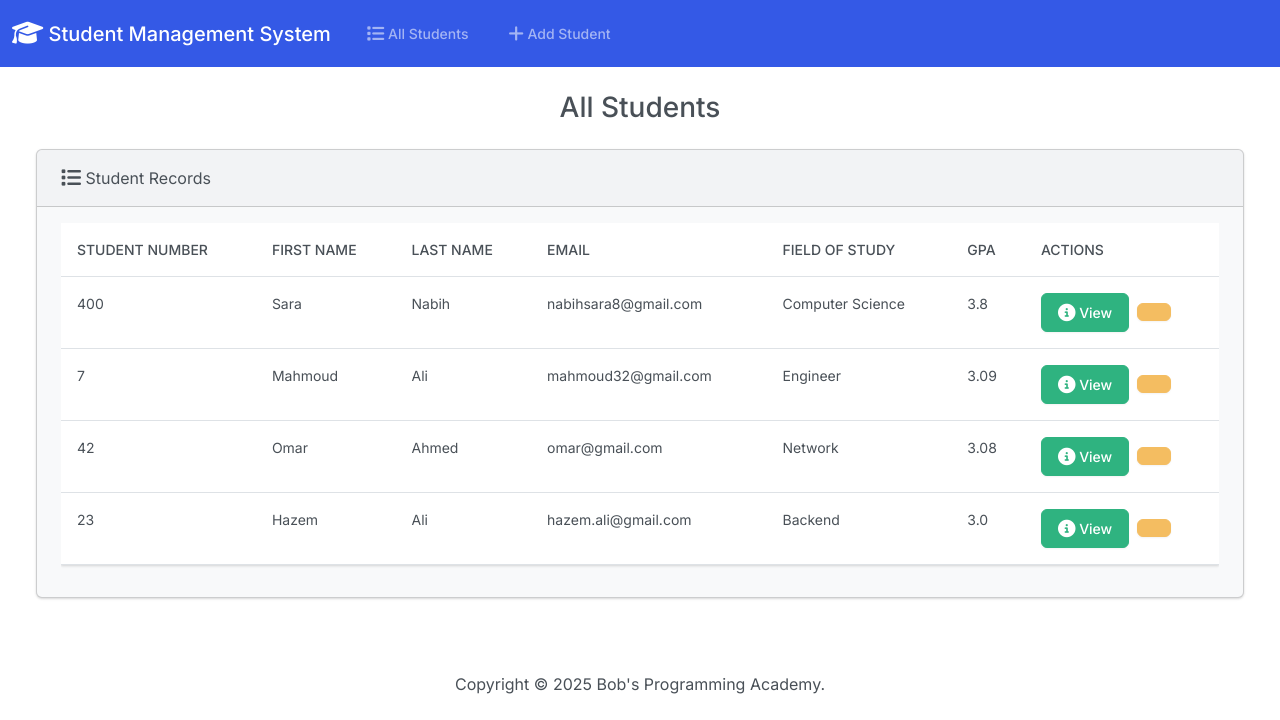
Repository: saraanbih/Student-Management-System
Page: http://localhost/
An editor plug-in stored every save of this project. The page is shown before and after a run of saves, followed by the edit.
The browser window is 1280 px wide. The pictures show the whole page.
Some web libraries are served in a nearby version. The page is served by the project's application, run on Django 5.2 (manage.py). Other server files are loaded and not shown. The page reads the database file committed with the project.

Above is the page before, as saved 2025-09-12 23:26:25.

### students/templates/students/index.html
{% extends "students/base.html" %}

{% block body %}
  <h3 class="m-4 text-center">All Students</h3>
  <div class="row">
    <div class="col-12">
      {% if students %}
        <div class="card bg-light ms-4 me-4 mb-4">
          <div class="card-header">
            <i class="fa-solid fa-list fa-lg"></i> Student Records
          </div>
          <div class="card-body">
            <div class="table-responsive">
              <table class="table table-hover">
                <thead>
                  <tr>
                    <th scope="col">Student Number</th>
                    <th scope="col">First Name</th>
                    <th scope="col">Last Name</th>
                    <th scope="col">Email</th>
                    <th scope="col">Field of Study</th>
                    <th scope="col">GPA</th>
                    <th scope="col">Actions</th>
                  </tr>
                </thead>
                <tbody>
                  {% for student in students %}
                    <tr>
                      <td>{{ student.student_number }}</td>
                      <td>{{ student.first_name }}</td>
                      <td>{{ student.last_name }}</td>
                      <td>{{ student.email }}</td>
                      <td>{{ student.field_of_study }}</td>
                      <td>{{ student.gpa }}</td>
                      <td>
                        <!-- View Button -->
                        <button
                          type="button"
                          class="btn btn-success me-1"
                          data-bs-toggle="modal"
                          data-bs-target="#myModal{{ student.student_id }}">
                          <i class="fa-solid fa-circle-info fa-lg"></i> View
                        </button>

                        <!-- View Modal -->
                        <div class="modal fade" id="myModal{{ student.student_id }}" tabindex="-1" aria-labelledby="myModalLabel{{ student.student_id }}" aria-hidden="true">
                          <div class="modal-dialog" role="document">
                            <div class="modal-content">
                              <div class="modal-header">
                                <h5 class="modal-title" id="myModalLabel{{ student.student_id }}">
                                  Student: {{ student.first_name }} {{ student.last_name }}
                                </h5>
                                <button type="button" class="btn-close" data-bs-dismiss="modal" aria-label="Close"></button>
                              </div>
                              <div class="modal-body">
                                <ul class="list-unstyled">
                                  <li>Student Number: <strong>{{ student.student_number }}</strong></li>
                                  <li>First Name: <strong>{{ student.first_name }}</strong></li>
                                  <li>Last Name: <strong>{{ student.last_name }}</strong></li>
                                  <li>Email: <strong>{{ student.email }}</strong></li>
                                  <li>Field of Study: <strong>{{ student.field_of_study }}</strong></li>
                                  <li>GPA: <strong>{{ student.gpa }}</strong></li>
                                </ul>
                              </div>
                              <div class="modal-footer">
                                <button type="button" class="btn btn-primary" data-bs-dismiss="modal">Close</button>
                              </div>
                            </div>
                          </div>
                        </div>

                        <a class="btn btn-warning"></a>
                      </td>
                    </tr>
                  {% endfor %}
                </tbody>
              </table>
            </div>
          </div>
        </div>
      {% else %}
        <h5 class="card bg-light ms-4 me-4 mb-4 p-3">No Student Records</h5>
      {% endif %}
    </div>
  </div>
{% endblock %}

### students/templates/students/base.html
{% load static %}
<!DOCTYPE html>
<html lang="en">
  <head>
    <title>Student Management System</title>
    <link rel="stylesheet" href="https://cdnjs.cloudflare.com/ajax/libs/font-awesome/6.1.1/css/all.min.css">
    <link href="{% static 'css/bootstrap.min.css' %}" rel="stylesheet">
  </head>
  <body class="d-flex flex-column min-vh-100">
    <nav class="navbar navbar-expand-lg navbar-dark bg-primary">
      <div class="container-fluid">
        <a class="navbar-brand" href="{% url 'index' %}">
          <i class="fa-solid fa-graduation-cap fa-lg"></i> Student Management System
        </a>
        <button class="navbar-toggler" type="button" data-bs-toggle="collapse" data-bs-target="#navbarColor01" aria-controls="navbarColor01" aria-expanded="false" aria-label="Toggle navigation">
          <span class="navbar-toggler-icon"></span>
        </button>
        <div class="collapse navbar-collapse" id="navbarColor01">
          <ul class="navbar-nav me-auto">
            <li class="nav-item">
              <a class="nav-link" href="{% url 'index' %}">
                <i class="fa-solid fa-list fa-lg"></i> All Students
              </a>
            </li>
            <li class="nav-item">
              <a class="nav-link" href="{% url 'add' %}">
                <i class="fa-solid fa-plus fa-lg"></i> Add Student
              </a>
            </li>
          </ul>
        </div>
      </div>
    </nav>
    <div class="container-fluid">
      {% block body %}
      {% endblock %}
    </div>
    <footer class="mt-auto mb-4">
      <div class="text-center">
        <span>
          Copyright &copy; <script>document.write(new Date().getFullYear())</script> Bob's Programming Academy.
        </span>
      </div>
    </footer>
    <script src="https://cdn.jsdelivr.net/npm/bootstrap@5.0.2/dist/js/bootstrap.bundle.min.js"></script>
  </body>
</html>

### students/models.py
from django.db import models

# Create your models here.

class Student(models.Model):
  student_number = models.PositiveBigIntegerField()
  first_name = models.CharField(max_length=50)
  last_name = models.CharField(max_length=50)
  email = models.EmailField(max_length=100)
  field_of_study = models.CharField(max_length=50)
  gpa = models.FloatField()

  def __str__(self):
    return f"{self.first_name} {self.last_name}"

### students/views.py
from django.http import HttpResponseRedirect
from django.shortcuts import render, redirect
from django.urls import reverse
from .models import Student
from .forms import StudentForm

def index(request):
    return render(request, 'students/index.html', {
        'students': Student.objects.all()
    })

def view_student(request, student_id):
    student = Student.objects.get(pk=student_id)
    return HttpResponseRedirect(reverse('index'))

def add(request):
    if request.method == 'POST':
        form = StudentForm(request.POST)
        if form.is_valid():
            form.save()
            return render(request, 'students/add.html', {
                'form': StudentForm(),
                'success': True
            })
    else:
        form = StudentForm()

    return render(request, 'students/add.html', {
        'form': form
    })

def edit(request, student_id):
    if request.method == 'POST':
        student = Student.objects.get(pk=student_id)
        form = StudentForm(request.POST, instance=student)
        if form.is_valid():
            form.save()
            return redirect(request,'students/add.html',{
                'form': form,
                'success': True
            })
    else:
        student = Student.objects.get(pk=student_id)
        form = StudentForm(instance=student)
    return render(request, 'students/edit.html', {
        form: form,
    })

### django_project/urls.py
"""
URL configuration for django_project project.

The `urlpatterns` list routes URLs to views. For more information please see:
    https://docs.djangoproject.com/en/5.2/topics/http/urls/
Examples:
Function views
    1. Add an import:  from my_app import views
    2. Add a URL to urlpatterns:  path('', views.home, name='home')
Class-based views
    1. Add an import:  from other_app.views import Home
    2. Add a URL to urlpatterns:  path('', Home.as_view(), name='home')
Including another URLconf
    1. Import the include() function: from django.urls import include, path
    2. Add a URL to urlpatterns:  path('blog/', include('blog.urls'))
"""
from django.contrib import admin
from django.urls import path, include

urlpatterns = [
    path('admin/', admin.site.urls),
    path('', include('students.urls')),
]

### students/urls.py
from django.urls import path
from . import views

urlpatterns = [
  path('', views.index, name='index'),
  path('<int:student_id>/', views.view_student, name='view_student'),
  path('add/', views.add, name='add'),
  path('edit/<int:student_id>/', views.edit, name='edit'),
]

### db.sqlite3 (the tables this page reads, as SQL)
CREATE TABLE "students_student" ("id" integer NOT NULL PRIMARY KEY AUTOINCREMENT, "first_name" varchar(50) NOT NULL, "last_name" varchar(50) NOT NULL, "email" varchar(100) NOT NULL, "field_of_study" varchar(50) NOT NULL, "gpa" real NOT NULL, "student_number" bigint unsigned NOT NULL CHECK ("student_number" >= 0));
INSERT INTO "students_student" VALUES
(4, 'Sara', 'Nabih', 'nabihsara8@gmail.com', 'Computer Science', 3.8, 400),
(6, 'Mahmoud', 'Ali', 'mahmoud32@gmail.com', 'Engineer', 3.09, 7),
(7, 'Omar', 'Ahmed', 'omar@gmail.com', 'Network', 3.08, 42),
(8, 'Hazem', 'Ali', 'hazem.ali@gmail.com', 'Backend', 3.0, 23);

Loaded but not shown: students/static/css/bootstrap.min.css (library)

After the next 2 saves:
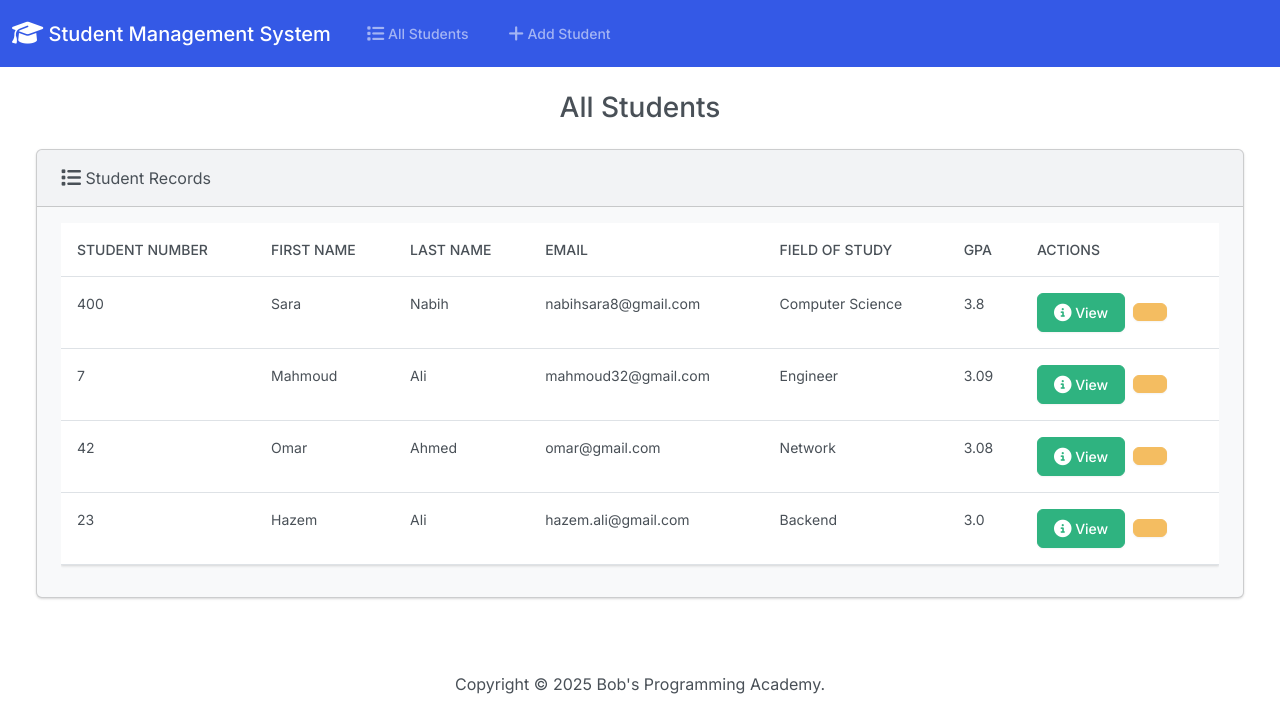
The 2 saves are shown as one change because they came seconds apart.
The last was saved 7 s later.
--- a/students/templates/students/index.html
+++ b/students/templates/students/index.html
@@ -69,7 +69,7 @@
                           </div>
                         </div>
 
-                        <a class="btn btn-warning"></a>
+                        <a class="btn btn-warning me-1" href=""></a>
                       </td>
                     </tr>
                   {% endfor %}
